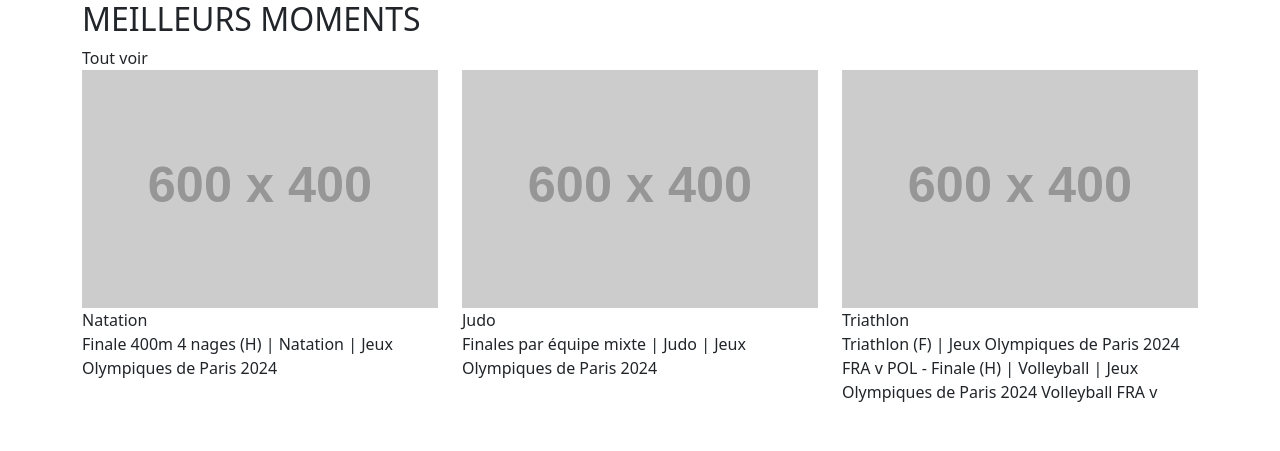
Repository: fbansept/ran3_24_jeu
Page: index.html
The author's editor kept a copy of each file at every save. The page is drawn from the files as they stood at one save, then again after a run of saves.
The browser window is 1280 px wide. The pictures show the whole page.

Above is the page before, as saved 2024-10-14 15:42:48.

### index.html
<!DOCTYPE html>
<html lang="en">
  <head>
    <meta charset="UTF-8" />
    <meta name="viewport" content="width=device-width, initial-scale=1.0" />
    <title>Document</title>
    <link
      href="https://cdn.jsdelivr.net/npm/bootstrap@5.3.3/dist/css/bootstrap.min.css"
      rel="stylesheet"
      integrity="sha384-QWTKZyjpPEjISv5WaRU9OFeRpok6YctnYmDr5pNlyT2bRjXh0JMhjY6hW+ALEwIH"
      crossorigin="anonymous"
    />
    <link rel="stylesheet" href="styles.css" />

    <script
      defer
      src="https://cdn.jsdelivr.net/npm/bootstrap@5.3.3/dist/js/bootstrap.bundle.min.js"
      integrity="sha384-YvpcrYf0tY3lHB60NNkmXc5s9fDVZLESaAA55NDzOxhy9GkcIdslK1eN7N6jIeHz"
      crossorigin="anonymous"
    ></script>
  </head>
  <body class="container">
    <main>
      <section>
        <header>
          <h2>MEILLEURS MOMENTS</h2>
          <span>Tout voir</span>
        </header>
        <div class="row row-cols-1 row-cols-md-3">
          <article class="col">
            <div class="image">
              <img src="https://placehold.co/600x400" alt="" />
              <div class="bouton-play"></div>
            </div>
            <span class="label">Natation</span>
            <p>
              Finale 400m 4 nages (H) | Natation | Jeux Olympiques de Paris 2024
            </p>
          </article>

          <article class="col">
            <div class="image">
              <img src="https://placehold.co/600x400" alt="" />
              <div class="bouton-play"></div>
            </div>
            <span class="label">Judo</span>
            <p>
              Finales par équipe mixte | Judo | Jeux Olympiques de Paris 2024
            </p>
          </article>

          <article class="col">
            <div class="image">
              <img src="https://placehold.co/600x400" alt="" />
              <div class="bouton-play"></div>
            </div>
            <span class="label">Triathlon</span>
            <p>
              Triathlon (F) | Jeux Olympiques de Paris 2024 FRA v POL - Finale
              (H) | Volleyball | Jeux Olympiques de Paris 2024 Volleyball FRA v
            </p>
          </article>
        </div>
      </section>
    </main>
  </body>
</html>

### styles.css
main > section > div > article > .image > img {
  object-fit: cover;
  width: 100%;
}

After the next 3 saves:
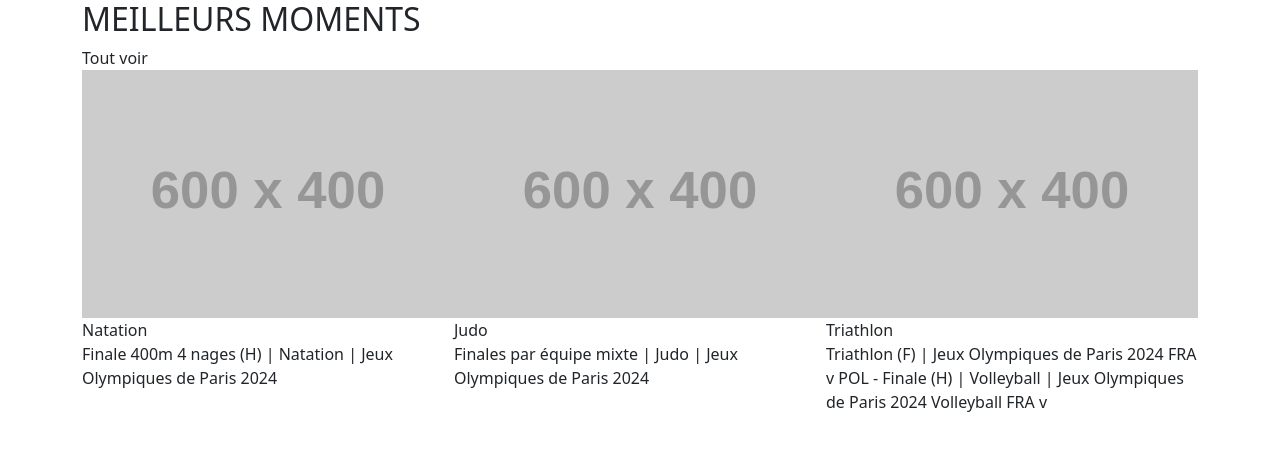
The 3 saves are shown as one change because they came seconds apart.
The last was saved 11 s later.
--- a/index.html
+++ b/index.html
@@ -26,7 +26,7 @@
           <h2>MEILLEURS MOMENTS</h2>
           <span>Tout voir</span>
         </header>
-        <div class="row row-cols-1 row-cols-md-3">
+        <div class="row row-cols-1 row-cols-md-3 g-0">
           <article class="col">
             <div class="image">
               <img src="https://placehold.co/600x400" alt="" />

After the 3 saves that followed:
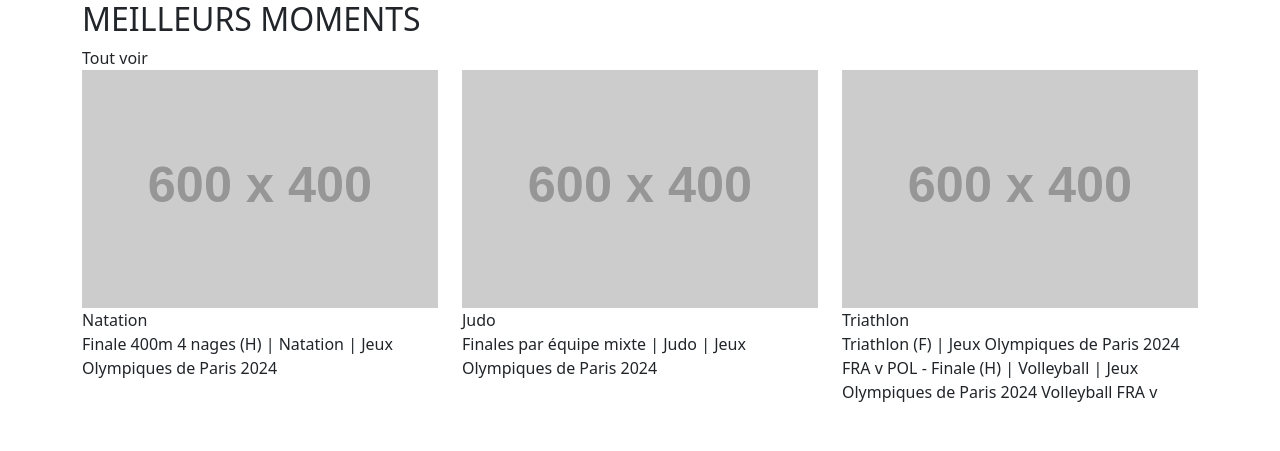
The 3 saves are shown as one change because 1 left the picture as it was and some came seconds apart.
The last was saved 3 min 20 s later.
--- a/index.html
+++ b/index.html
@@ -26,7 +26,7 @@
           <h2>MEILLEURS MOMENTS</h2>
           <span>Tout voir</span>
         </header>
-        <div class="row row-cols-1 row-cols-md-3 g-0">
+        <div class="row row-cols-1 row-cols-md-3">
           <article class="col">
             <div class="image">
               <img src="https://placehold.co/600x400" alt="" />
